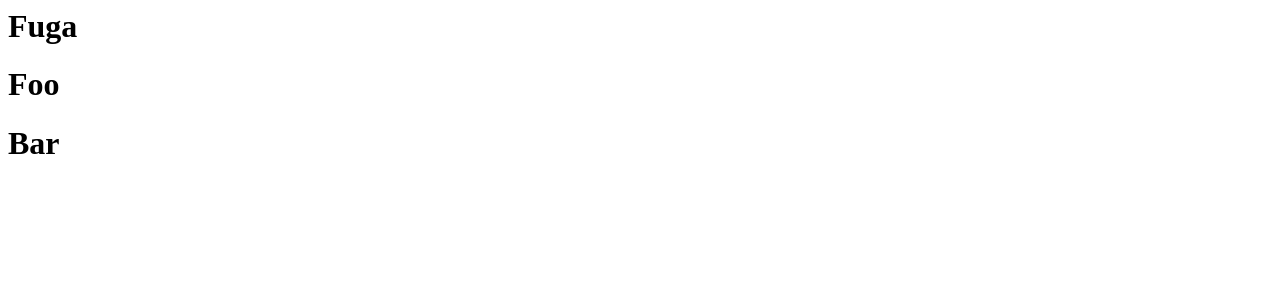
Repository: Tsu-syuu2/samurai_HTML-CSS
Page: HTMLCSS/0813.html
The author's editor kept a record of every edit. The page is drawn from the files as they stood at one moment, then again after the next edit.
The browser window is 1280 px wide. The pictures show the whole page.

Above is the page before.

After the next edit:
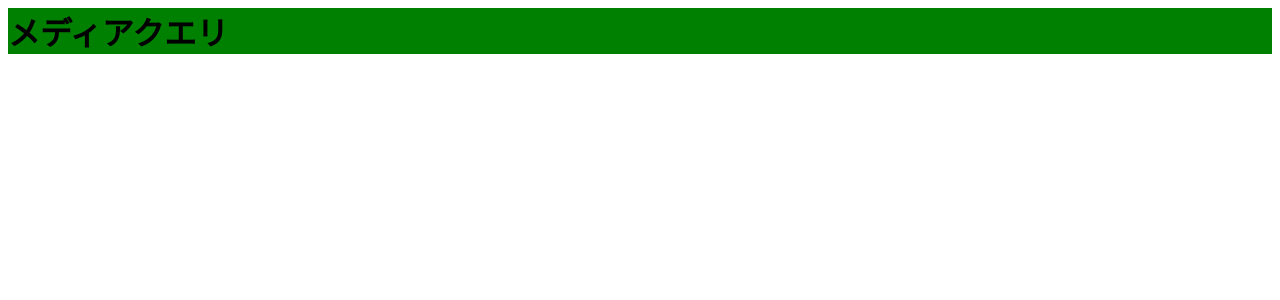
The edit:
--- a/HTMLCSS/0813.html
+++ b/HTMLCSS/0813.html
@@ -1,15 +1,28 @@
 <html lang="ja">
+    <meta charset="UTF-8">
     <head>
+        <meta name="viewport" content="width=device-width, initial-scale=1">
         <style>
-            h1:empty {
-                background-color: red;
+            .media {
+                background-color: blue;
+            }
+
+            @media screen and (min-width:480px) {
+                .media {
+                    background-color: red;
+                }
+            }
+
+            @media screen and (min-width:640px) {
+                .media {
+                    background-color: green;
+                }
             }
         </style>
     </head>
     <body>
-        <span>    </span>
-        <h1>Fuga</h1>
-        <h1>Foo</h1>
-        <h1>Bar</h1>
+        <div class="media">
+            <h1>メディアクエリ</h1>
+        </body>
     </body>
 </html>
